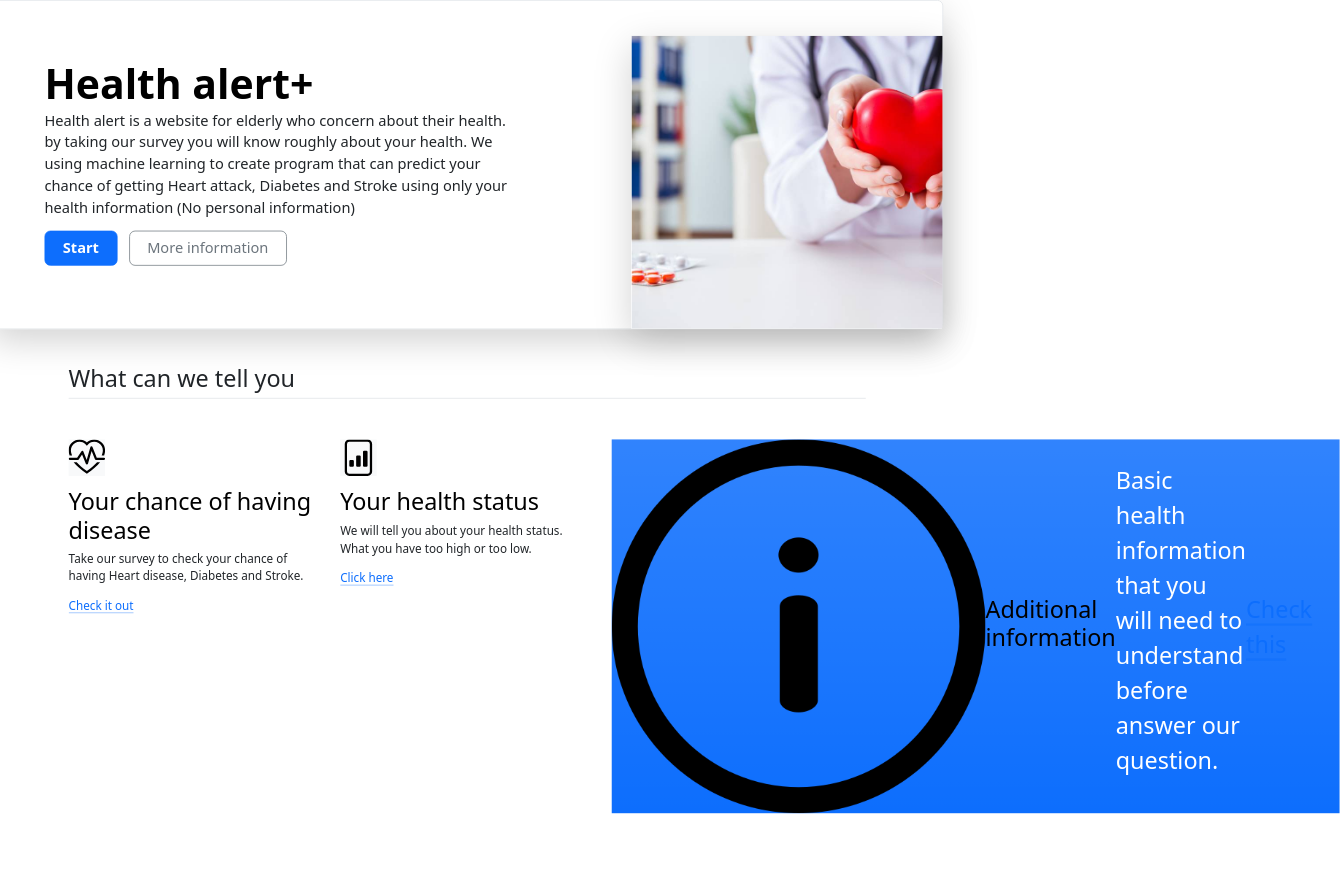
Repository: aneforollll/webapp
Page: index.html
These files come from the project's save history. The page is drawn as it stood at one moment and after the next save; the edit follows.
The browser window is 1280 px wide. The page is 1835 px wide, then 1292 px, so the pictures cover 1835 px, including what lies to the right of the window. The pictures show the whole page, at 73% of full size.

Above is the page before, as saved 2024-01-09 09:33:38.

After the next save:
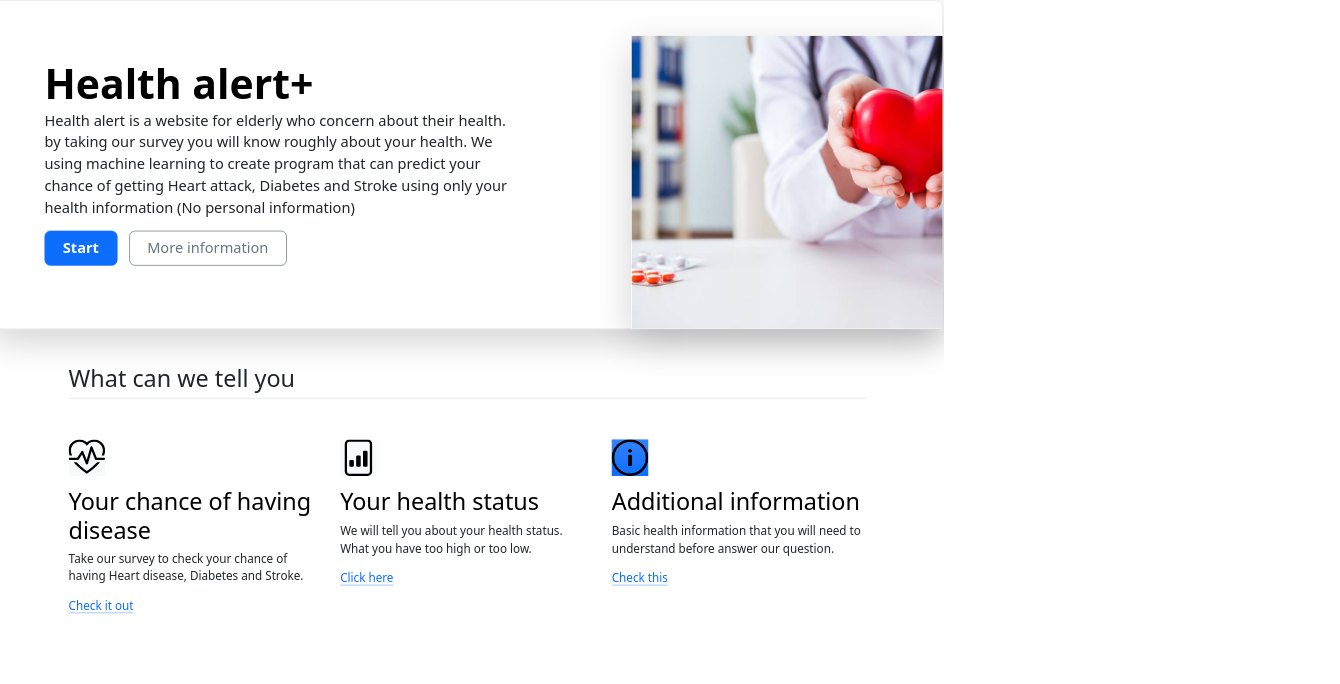
Saved 52 s later.
--- a/index.html
+++ b/index.html
@@ -57,7 +57,7 @@
           </div>
           <div class="feature col">
             <div class="feature-icon d-inline-flex align-items-center justify-content-center text-bg-primary bg-gradient fs-2 mb-3">
-              <img class="rounded" src="images/info.png"
+              <img class="rounded" src="images/info.png" width="50" height="50" fill="light" >
             </div>
             <h3 class="fs-2 text-body-emphasis">Additional information</h3>
             <p>Basic health information that you will need to understand before answer our question.</p>
